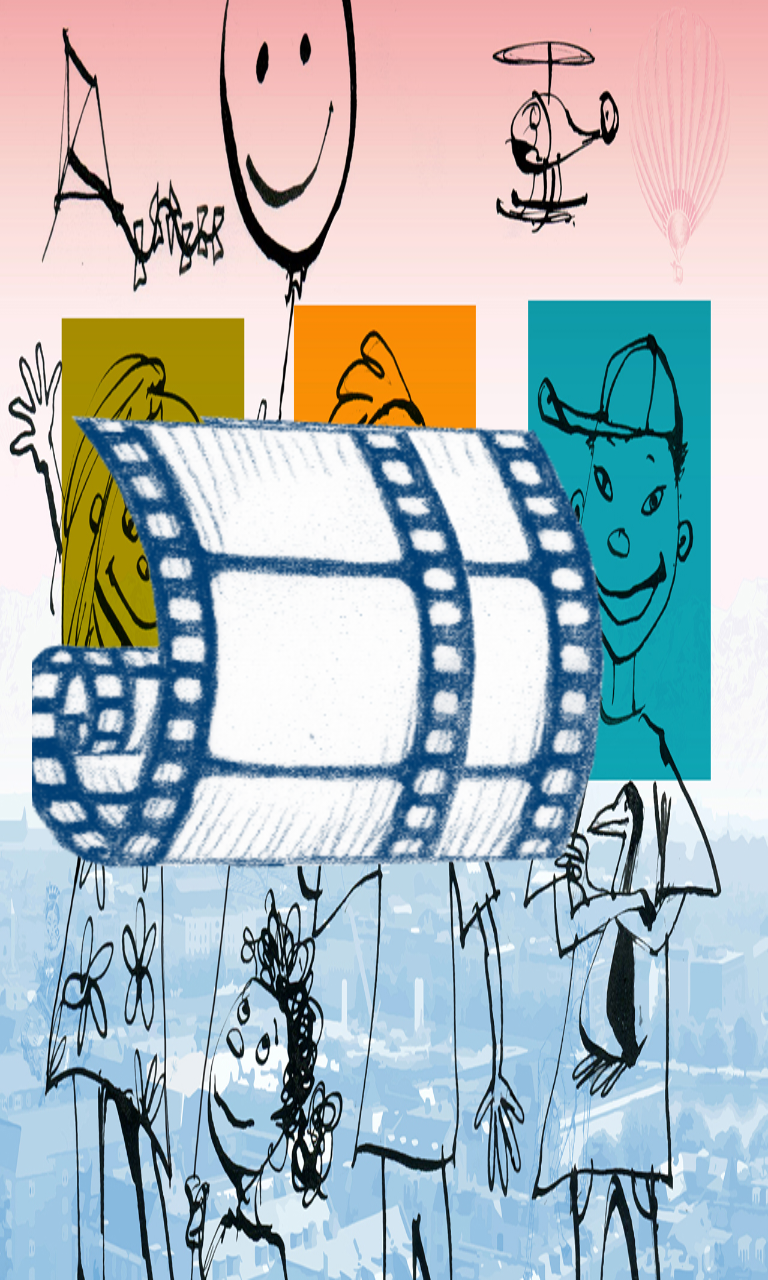
Repository: DreadMuffin/work
Layout: tablets/Start/res/layout/activity_main.xml
An editor plug-in stored every save of this project. The layout is shown before and after the next save, followed by the edit.
It is drawn on a 768 x 1280 px phone screen (xhdpi) without system bars, with theme android:Theme.NoTitleBar; the app's code is not run.

Above is the layout before, as saved 2015-02-22 10:42:04.

After the next save:
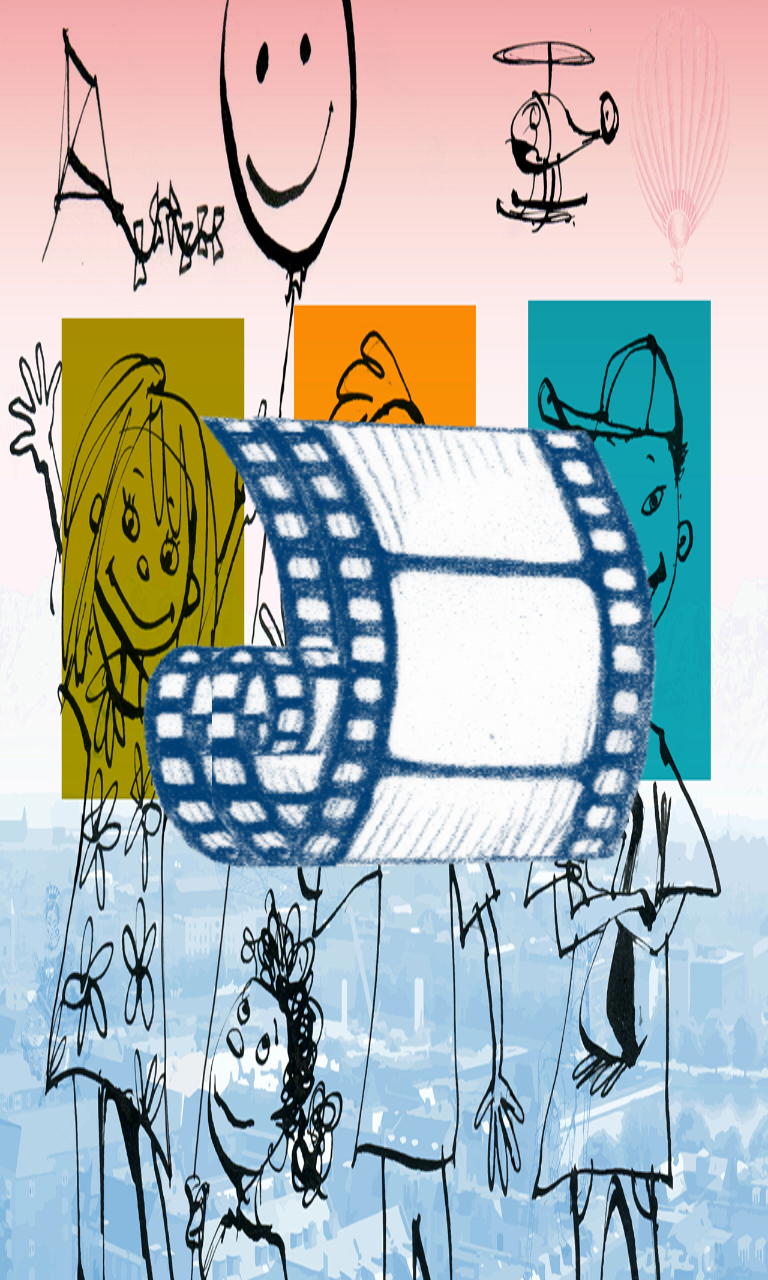
Saved 95 s later.
--- a/tablets/Start/res/layout/activity_main.xml
+++ b/tablets/Start/res/layout/activity_main.xml
@@ -27,7 +27,7 @@
         android:text="Film" />
 
     <Button
-        android:id="@+id/Button01"
+        android:id="@+id/button_a"
         style="?android:attr/buttonStyleSmall"
         android:layout_width="wrap_content"
         android:layout_height="wrap_content"
@@ -45,14 +45,14 @@
         android:text="Film" />
 
     <Button
-        android:id="@+id/Button02"
+        android:id="@+id/button_h"
         style="?android:attr/buttonStyleSmall"
         android:layout_width="wrap_content"
         android:layout_height="wrap_content"
         android:layout_alignBaseline="@+id/button_f"
         android:layout_alignBottom="@+id/button_f"
         android:layout_alignParentRight="true"
-        android:layout_marginRight="90dp"
+        android:layout_marginLeft="90dp"
         android:adjustViewBounds="true"
         android:background="@android:color/transparent"
         android:drawableRight="@drawable/film_b_small"
